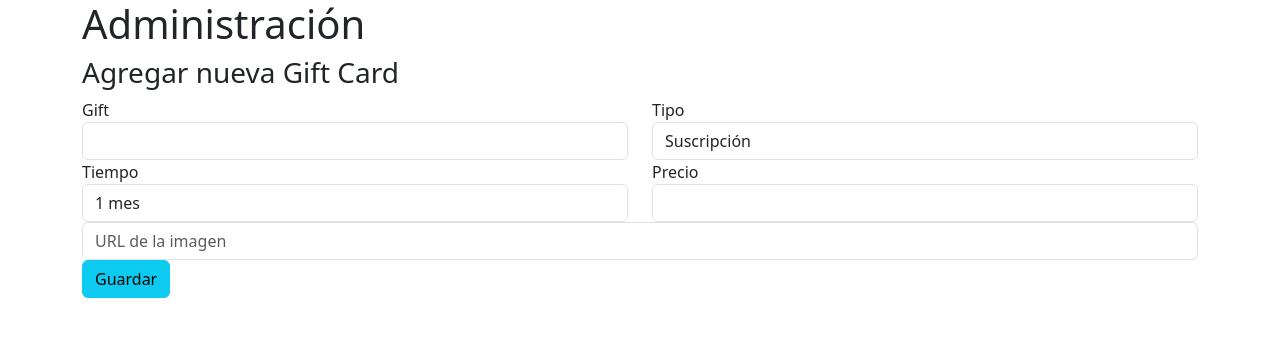
Repository: pedro-donoso/vanilla-js
Page: index.html
These files come from the project's save history. The page is drawn as it stood at one moment and after the next save; the edit follows.
The browser window is 1280 px wide. The pictures show the whole page.

Above is the page before, as saved 2024-01-31 13:40:50.
Console error: SyntaxError: Unexpected identifier 'assert'

After the next save:
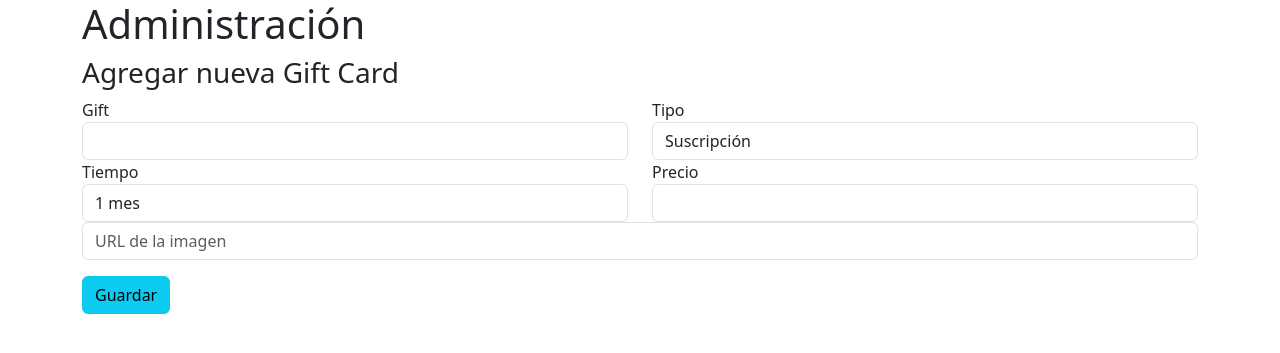
Saved 9 s later.
--- a/index.html
+++ b/index.html
@@ -53,7 +53,7 @@
                             <input type="text" class="form-control" required placeholder="URL de la imagen" id="imagen">
                         </div>
                     </div>
-                    <div clss>
+                    <div class="mt-3 ">
                         <button class="btn btn-info">Guardar</button>
                     </div>
                 </form>
